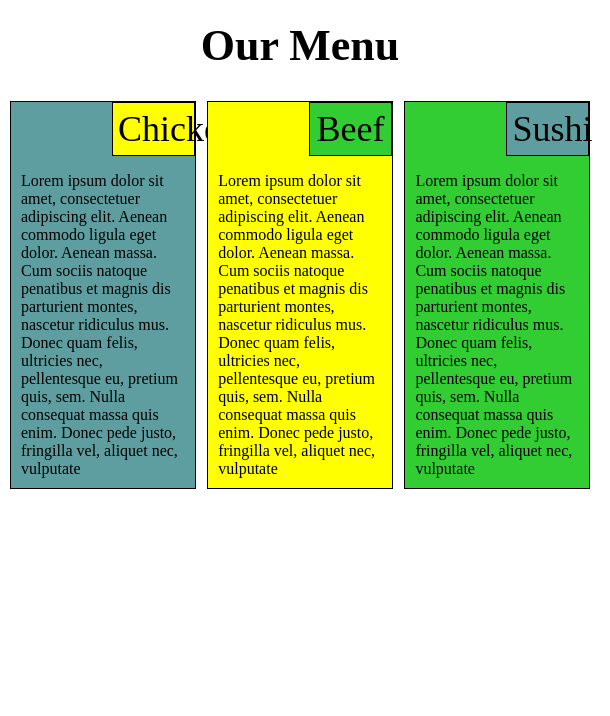
Repository: Normandy72/module2-solution
Page: index.html
The author's editor kept a copy of each file at every save. The page is drawn from the files as they stood at one save, then again after the next save.
The browser window is 600 px wide. The page is 610 px wide, then 600 px, so the pictures cover 610 px, including what lies to the right of the window. The pictures show the whole page.
Some web fonts or font styles are not loaded; a fallback is used.

Above is the page before, as saved 2022-12-05 15:28:56.

### index.html
<!DOCTYPE html>
<html lang="en">
<head>
    <meta charset="UTF-8">
    <meta http-equiv="X-UA-Compatible" content="IE=edge">
    <meta name="viewport" content="width=device-width, initial-scale=1.0">
    <title>Our menu</title>
    <link href="https://fonts.googleapis.com/css2?family=Comic+Neue:ital,wght@0,300;0,400;0,700;1,300;1,400;1,700&family=Roboto:ital,wght@0,100;0,300;0,400;0,500;0,700;0,900;1,100;1,300;1,400;1,500;1,700;1,900&display=swap" rel="stylesheet">
    <link rel="stylesheet" href="styles/style.css">
</head>
<body>
    <h1>Our Menu</h1>
    <div class="wrapper">
        <div class="card">
            <div class="card__name">Chicken</div>
            <p class="card__text">Lorem ipsum dolor sit amet, consectetuer adipiscing elit. Aenean commodo ligula eget dolor. Aenean massa. Cum sociis natoque penatibus et magnis dis parturient montes, nascetur ridiculus mus. Donec quam felis, ultricies nec, pellentesque eu, pretium quis, sem. Nulla consequat massa quis enim. Donec pede justo, fringilla vel, aliquet nec, vulputate</p>
        </div>
        <div class="card">
            <div class="card__name">Beef</div>
            <p class="card__text">Lorem ipsum dolor sit amet, consectetuer adipiscing elit. Aenean commodo ligula eget dolor. Aenean massa. Cum sociis natoque penatibus et magnis dis parturient montes, nascetur ridiculus mus. Donec quam felis, ultricies nec, pellentesque eu, pretium quis, sem. Nulla consequat massa quis enim. Donec pede justo, fringilla vel, aliquet nec, vulputate</p>
        </div>
        <div class="card">
            <div class="card__name">Sushi</div>
            <p class="card__text">Lorem ipsum dolor sit amet, consectetuer adipiscing elit. Aenean commodo ligula eget dolor. Aenean massa. Cum sociis natoque penatibus et magnis dis parturient montes, nascetur ridiculus mus. Donec quam felis, ultricies nec, pellentesque eu, pretium quis, sem. Nulla consequat massa quis enim. Donec pede justo, fringilla vel, aliquet nec, vulputate</p>
        </div>
    </div>
</body>
</html>

### styles/style.css
*{
    font-family: 'Comic Neue', cursive;
    font-size: 10px;

    margin: 0;
    padding: 0;
    box-sizing: border-box;
}

h1{
    font-size: 4.4rem;
    text-align: center;

    padding-top: 20px;
    padding-bottom: 30px;
}

.wrapper{
    display: flex;
    justify-content: space-between;
    padding-left: 10px;
    padding-right: 10px;
}

.card{
    width: 32%;
    margin-bottom: 30px;
    position: relative;
    border: 1px solid black;
}

.card__name{
    border: 1px solid black;
    font-size: 3.6rem;
    padding: 5px;
    text-align: center;
    width: 45%;
    position: absolute;
    top: 0;
    right: 0;
}

.card__text{
    font-size: 1.6rem;
    padding: 70px 10px 10px;
}

.card:nth-child(1){
    background-color: cadetblue;
}

.card:nth-child(2){
    background-color: yellow;
}

.card:nth-child(3){
    background-color: limegreen;
}

.card:nth-child(1) .card__name{
    background-color: yellow;
}

.card:nth-child(2) .card__name{
    background-color: limegreen;
}

.card:nth-child(3) .card__name{
    background-color: cadetblue;
}

@media screen and (min-width: 768px) and (max-width: 991px) {
    .wrapper{
        flex-wrap: wrap;
    }

    .card:nth-child(1), .card:nth-child(2){
        width: 49%;
    }

    .card:nth-child(3){
        width: 100%;
    }
}

@media  screen and (max-width: 767px) {

}

After the next save:
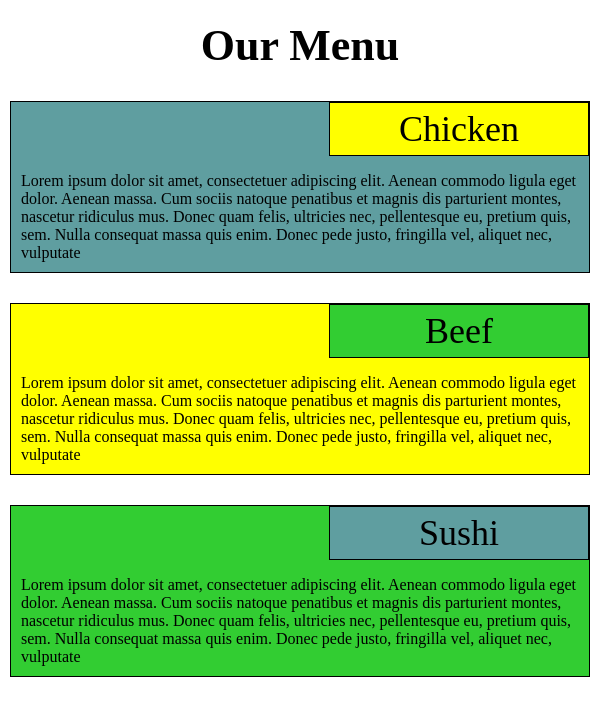
Saved 48 s later.
--- a/styles/style.css
+++ b/styles/style.css
@@ -84,5 +84,12 @@ h1{
 }
 
 @media  screen and (max-width: 767px) {
+    .wrapper{
+        flex-wrap: wrap;
+    }
+
+    .card:nth-child(1), .card:nth-child(2), .card:nth-child(3)    {
+        width: 100%;
+    }
 
 }
